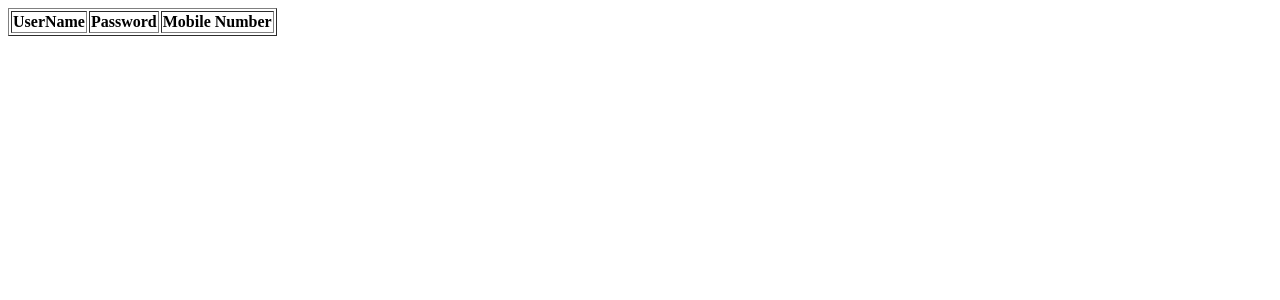
Repository: neethiarasan30/jsp-Servlets-crud-operation
Page: http://localhost/JavaFullStack/Data.jsp
These files come from the project's save history. The page is drawn as it stood at one moment and after a run of saves; the edit follows.
The browser window is 1280 px wide. The pictures show the whole page.
The page is served by Tomcat 9. Queries for data that is not in the repository find no rows.

Above is the page before, as saved 2024-07-12 15:52:43.

After the next 4 saves:
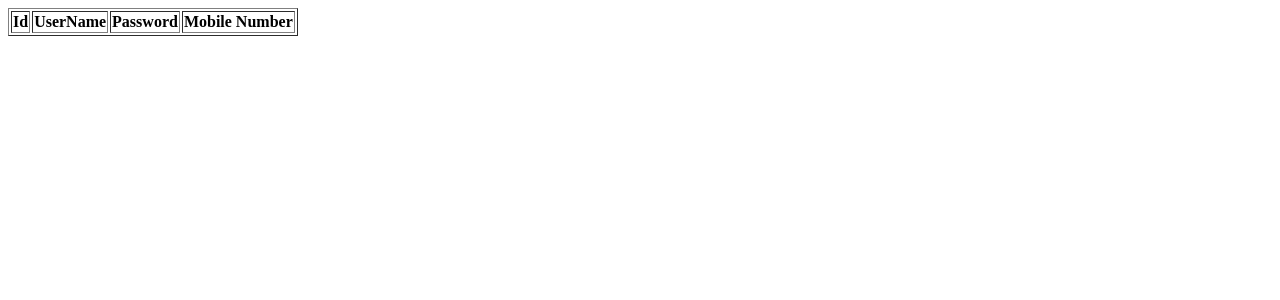
The 4 saves are shown as one change because they came seconds apart.
The last was saved 47 s later.
--- a/JavaFullStack/src/main/webapp/Data.jsp
+++ b/JavaFullStack/src/main/webapp/Data.jsp
@@ -11,6 +11,7 @@
 		<form>
 		<table border="1px">
 			<tr>
+				<th>Id</th>
 				<th>UserName</th>
 				<th>Password</th>
 				<th>Mobile Number</th>
